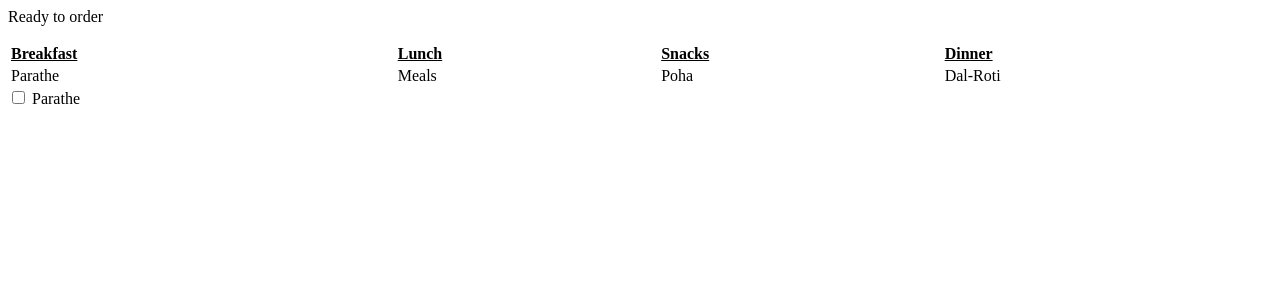
Repository: agarwaljayant7/JavaStuffs
Page: BillingSystem/HotelBillingSystem/WebContent/Menu.html
These files come from the project's save history. The page is drawn as it stood at one moment and after the next save; the edit follows.
The browser window is 1280 px wide. The pictures show the whole page.

Above is the page before, as saved 2019-12-27 17:03:07.

### BillingSystem/HotelBillingSystem/WebContent/Menu.html
<html>
<head>
<script type="text/javascript" src="Breakfast.js"></script>
</head>
<body>
<p>Ready to order</p>
<form>

<table style="width:100%">
  <tr>
    <td><b><u>Breakfast</u></b></td>
    <td><b><u>Lunch</u></b></td>
    <td><b><u>Snacks</u></b></td>
    <td><b><u>Dinner</u></b></td>
  </tr>
  <tr>
    <td>Parathe</td>
    <td>Meals</td>
    <td>Poha</td>
    <td>Dal-Roti</td>
  </tr>
</table>


<input type ="checkbox"/> Parathe
<!-- <button onclick="myFunction()">Try it</button>

<script>
function myFunction() {
  var x = document.createElement("INPUT");
  x.setAttribute("type", "checkbox");
  document.body.appendChild(x);
}
</script>
 -->

<!-- <input type="button" value="Breakfast" onclick="breakfast()"/>   -->
</form>
</body>
</html>

### BillingSystem/HotelBillingSystem/WebContent/Breakfast.js

function breakfast(){
 //alert("cooking breakfast");


}

After the next save:
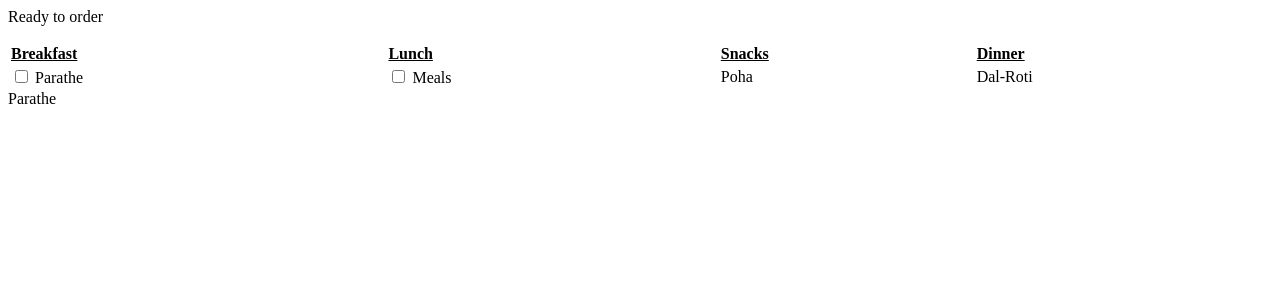
Saved 36 s later.
--- a/BillingSystem/HotelBillingSystem/WebContent/Menu.html
+++ b/BillingSystem/HotelBillingSystem/WebContent/Menu.html
@@ -14,15 +14,15 @@
     <td><b><u>Dinner</u></b></td>
   </tr>
   <tr>
-    <td>Parathe</td>
-    <td>Meals</td>
+    <td><input type ="checkbox"/> Parathe</td>
+    <td><input type ="checkbox"/> Meals</td>
     <td>Poha</td>
     <td>Dal-Roti</td>
   </tr>
 </table>
 
 
-<input type ="checkbox"/> Parathe
+ Parathe
 <!-- <button onclick="myFunction()">Try it</button>
 
 <script>
